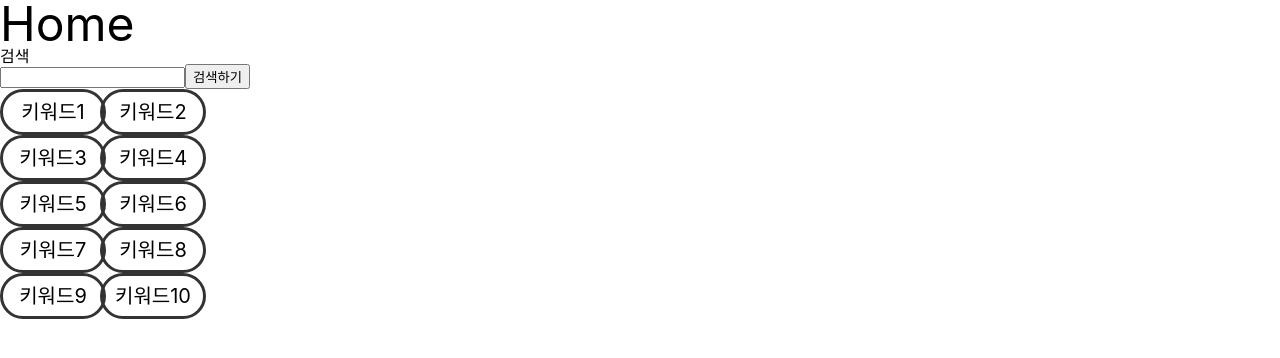
Repository: sunoo-lee/Star-Explore
Page: /
The author's editor kept a copy of each file at every save. The page is drawn from the files as they stood at one save, then again after the next save.
The browser window is 1280 px wide. The pictures show the whole page.
The project was rebuilt for these pictures with package versions that can differ from the ones it lists, and the page was loaded fresh each time.

Above is the page before, as saved 2022-10-14 03:21:07.

After the next save:
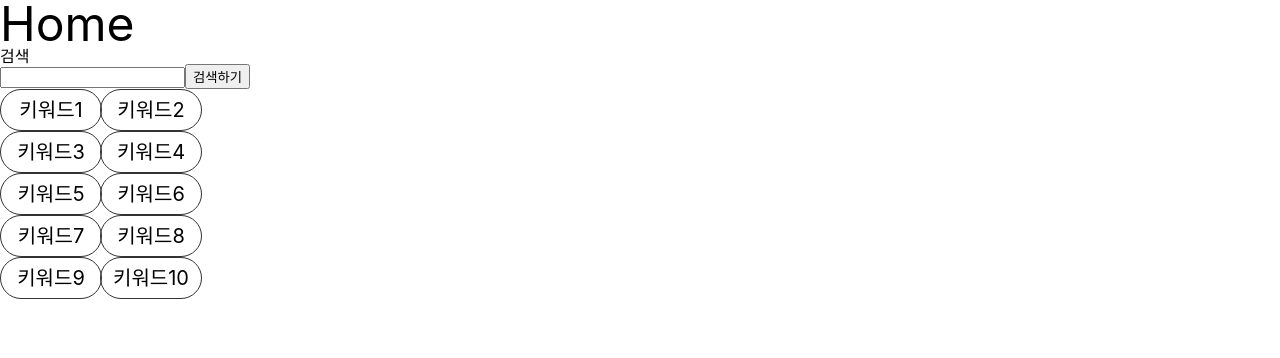
Saved 4 s later.
--- a/src/Style.css
+++ b/src/Style.css
@@ -29,6 +29,6 @@ h1 {
   height: 40px;
   line-height: 40px;
   text-align: center;
-  border: 3px solid #333333;
+  border: 1px solid #333333;
   border-radius: 25px;
 }
